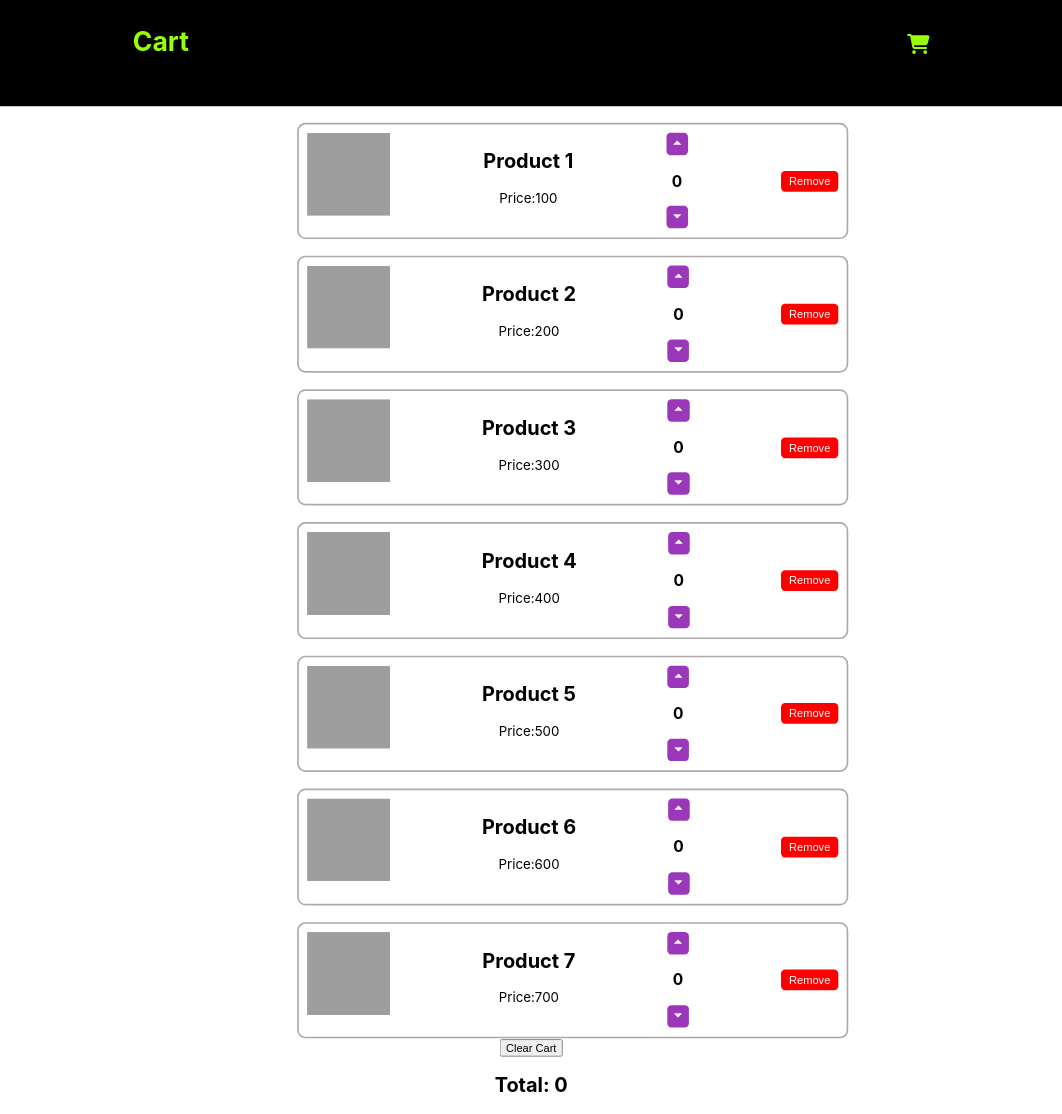
Repository: sriram1224/Cart-react-app
Page: /
An editor plug-in stored every save of this project. The page is shown before and after the next save, followed by the edit.
The browser window is 1280 px wide. The pictures show the whole page, at 83% of full size.
Pictures or frames that could not be fetched are drawn as grey boxes. The project was rebuilt for these pictures with package versions that can differ from the ones it lists, and the page was loaded fresh each time.

Above is the page before, as saved 2024-03-12 22:28:32.

### public/index.html
<!DOCTYPE html>
<html lang="en">

<head>
  <meta charset="utf-8" />
  <link rel="icon" href="%PUBLIC_URL%/favicon.ico" />
  <meta name="viewport" content="width=device-width, initial-scale=1" />
  <meta name="theme-color" content="#000000" />
  <meta name="description" content="Web site created using create-react-app">
  <link rel="stylesheet"
    href="https://fonts.googleapis.com/css2?family=Material+Symbols+Outlined:opsz,wght,FILL,GRAD@24,400,0,0" />


  <title>React App</title>
</head>

<body>
  <noscript>You need to enable JavaScript to run this app.</noscript>
  <div id="root"></div>

</body>

</html>

### src/App.js
import Nav from "./Components/Nav.js"
import './App.css';
import Cart from './Components/cart.js';
function App() {
  return (
    <div className="App">

      <Cart />
    </div>
  );
}

export default App;

### src/Components/Nav.js
import { FontAwesomeIcon } from '@fortawesome/react-fontawesome';
import { faShoppingCart } from '@fortawesome/free-solid-svg-icons';
import './Navbar.css';

function Navbar({ cartItems }) {
      console.log(cartItems);
    return (

      <div className="nav-container">
      <div className="cart">
          <div className="heading">
              <h1>
              Cart
              </h1>
          </div>
      <h1>
        <div className="cart-icon-container">
          <FontAwesomeIcon icon={faShoppingCart} className="cart-icon" />
          {cartItems > 0 && (
            <span className="cart-count">{cartItems}</span>
          )}
        </div>

      </h1>
    </div>
      </div>
  );
}

export default Navbar;

### src/Components/cart.js
import React, { useState, useEffect } from "react";
import { BiSolidUpArrow, BiSolidDownArrow } from "react-icons/bi";
import Nav from './Nav'
import './cart.css'

function Cart() {
    const [products, setProducts] = useState([
        { id: "1", name: "Product 1", price: 100, quantity: 0, image: "https://images.unsplash.com/photo-1564466809058-bf4114d55352?w=500&auto=format&fit=crop&q=60&ixlib=rb-4.0.3&ixid=M3wxMjA3fDB8MHxzZWFyY2h8MjN8fHByb2R1Y3R8ZW58MHx8MHx8fDA%3D" },
        { id: "2", name: "Product 2", price: 200, quantity: 0, image: "https://images.unsplash.com/photo-1560343090-f0409e92791a?w=500&auto=format&fit=crop&q=60&ixlib=rb-4.0.3&ixid=M3wxMjA3fDB8MHxzZWFyY2h8N3x8cHJvZHVjdHxlbnwwfHwwfHx8MA%3D%3D" },
        { id: "3", name: "Product 3", price: 300, quantity: 0, image: "https://images.unsplash.com/photo-1560343090-f0409e92791a?w=500&auto=format&fit=crop&q=60&ixlib=rb-4.0.3&ixid=M3wxMjA3fDB8MHxzZWFyY2h8N3x8cHJvZHVjdHxlbnwwfHwwfHx8MA%3D%3D" },
        { id: "4", name: "Product 4", price: 400, quantity: 0, image: "https://images.unsplash.com/photo-1542291026-7eec264c27ff?w=500&auto=format&fit=crop&q=60&ixlib=rb-4.0.3&ixid=M3wxMjA3fDB8MHxzZWFyY2h8MTF8fHByb2R1Y3R8ZW58MHx8MHx8fDA%3D" },
        { id: "5", name: "Product 5", price: 500, quantity: 0, image: "https://images.unsplash.com/photo-1553456558-aff63285bdd1?w=500&auto=format&fit=crop&q=60&ixlib=rb-4.0.3&ixid=M3wxMjA3fDB8MHxzZWFyY2h8MTJ8fHByb2R1Y3R8ZW58MHx8MHx8fDA%3D" },
        { id: "6", name: "Product 6", price: 600, quantity: 0, image: "https://images.unsplash.com/photo-1553456558-aff63285bdd1?w=500&auto=format&fit=crop&q=60&ixlib=rb-4.0.3&ixid=M3wxMjA3fDB8MHxzZWFyY2h8MTJ8fHByb2R1Y3R8ZW58MHx8MHx8fDA%3D" },
        { id: "7", name: "Product 7", price: 700, quantity: 0, image: "https://images.unsplash.com/photo-1583394838336-acd977736f90?w=500&auto=format&fit=crop&q=60&ixlib=rb-4.0.3&ixid=M3wxMjA3fDB8MHxzZWFyY2h8MTl8fHByb2R1Y3R8ZW58MHx8MHx8fDA%3D" }
    ]);

    const [total, setTotal] = useState(0);
    const [cartItems, setCartItems] = useState(0);

    useEffect(() => {
        let newCartItems = 0;
        products.forEach(product => {
            newCartItems += product.quantity;
        });
        setCartItems(newCartItems);
    }, [products]);

    const increaseQuantity = (index) => {
        const updatedProducts = [...products];
        updatedProducts[index].quantity++;
        setProducts(updatedProducts);
        updateTotal();
    };

    const decreaseQuantity = (index) => {
        const updatedProducts = [...products];
        if (updatedProducts[index].quantity > 0) {
            updatedProducts[index].quantity--;
            setProducts(updatedProducts);
            updateTotal();
        }
    };

    const updateTotal = () => {
        let newTotal = 0;
        products.forEach((product) => {
            newTotal += product.quantity * product.price;
        });
        setTotal(newTotal);
    };

    const clearCart = () => {
        setProducts([]);
        setTotal(0);
        setCartItems(0);
    };

    const removeFromCart = (index) => {
        const updatedProducts = [...products];
        updatedProducts.splice(index, 1);
        setProducts(updatedProducts);
        updateTotal();
    };

    return (
        <div>
            <Nav cartItems={cartItems} />
            <div className="">
                {products.map((product, index) => {
                    return (
                        <div className="product-container" key={index}>
                            <img src={product.image} alt={product.name} />
                            <div className="text">
                            <h2>{product.name}</h2>
                            <p>Price:{product.price}</p></div>
                            <div className="button-quantity">
                                <button onClick={() => increaseQuantity(index)}>
                                    <span class="material-symbols-outlined">
arrow_drop_up
</span>
                                </button>
                                <h3>{product.quantity}</h3>
                                <button onClick={() => decreaseQuantity(index)}>
                                    <span class="material-symbols-outlined">
arrow_drop_down
</span>
                                </button>
                            </div>
                            <div className="rm-button">
                            <button onClick={() => removeFromCart(index)}>Remove</button>
                        </div></div>
                    );
                })}
                <button onClick={clearCart}>Clear Cart</button>
                <h2>Total: {total}</h2>
            </div>
        </div>
    );
}

export default Cart;

### src/Components/Navbar.css
.cart-icon-container {
    position: relative;
    display: inline-block;
}

.cart-icon {
    font-size: 1.5rem;
    color: rgb(152, 255, 7);

}

.cart-count {
    position: absolute;
    top: -10px;

    right: -10px;
    /* Adjust the horizontal positioning */
    background-color: red;
    color: white;
    border-radius: 50%;
    padding: 2px 6px;
    font-size: 0.8rem;
    /* Adjust the font size as needed */
}

.cart{
    display: flex;
    justify-content: space-between;
    margin: 0 10rem;
    align-items: center;
    padding-top: 10px;

}

.heading{
text-align: center;
color: rgb(152, 255, 7);
}

.nav-container{
    width: 100%;
    height: 8rem;
    background-color:rgb(0, 0, 0)
}

### src/Components/cart.css
.product-container{
    display: flex;
    gap: 20px;
    justify-content: space-between;
    width: 50%;
    position: relative;
    left: 28%;
    text-align: center;
    margin-top: 20px;
    border: 2px solid rgb(174, 170, 170);
    padding: 10px;
    border-radius: 10px;
}

.product-container img{
    width: 100px;
    height: 100px;
}
.rm-button{
    display: flex;
    align-items: center;
}
.rm-button button{

    background-color: red;
    color: white;
    border: none;
    padding: 5px 10px;
    border-radius: 5px;
    cursor: pointer;
}
.button-quantity span{
    color:rgb(255, 255, 255);

}

.button-quantity button{
   background-color: rgb(155, 56, 185);
    border: none;
    padding: 0px 1px;
    border-radius: 5px;

    cursor: pointer;
}

.text{


    text-align: center;
    gap: 10px;
}
.text p{
    text-align: center;
}

Loaded but not shown: src/index.js (common file); src/index.css (common file); src/reportWebVitals.js (common file); src/App.css (common file)

After the next save:
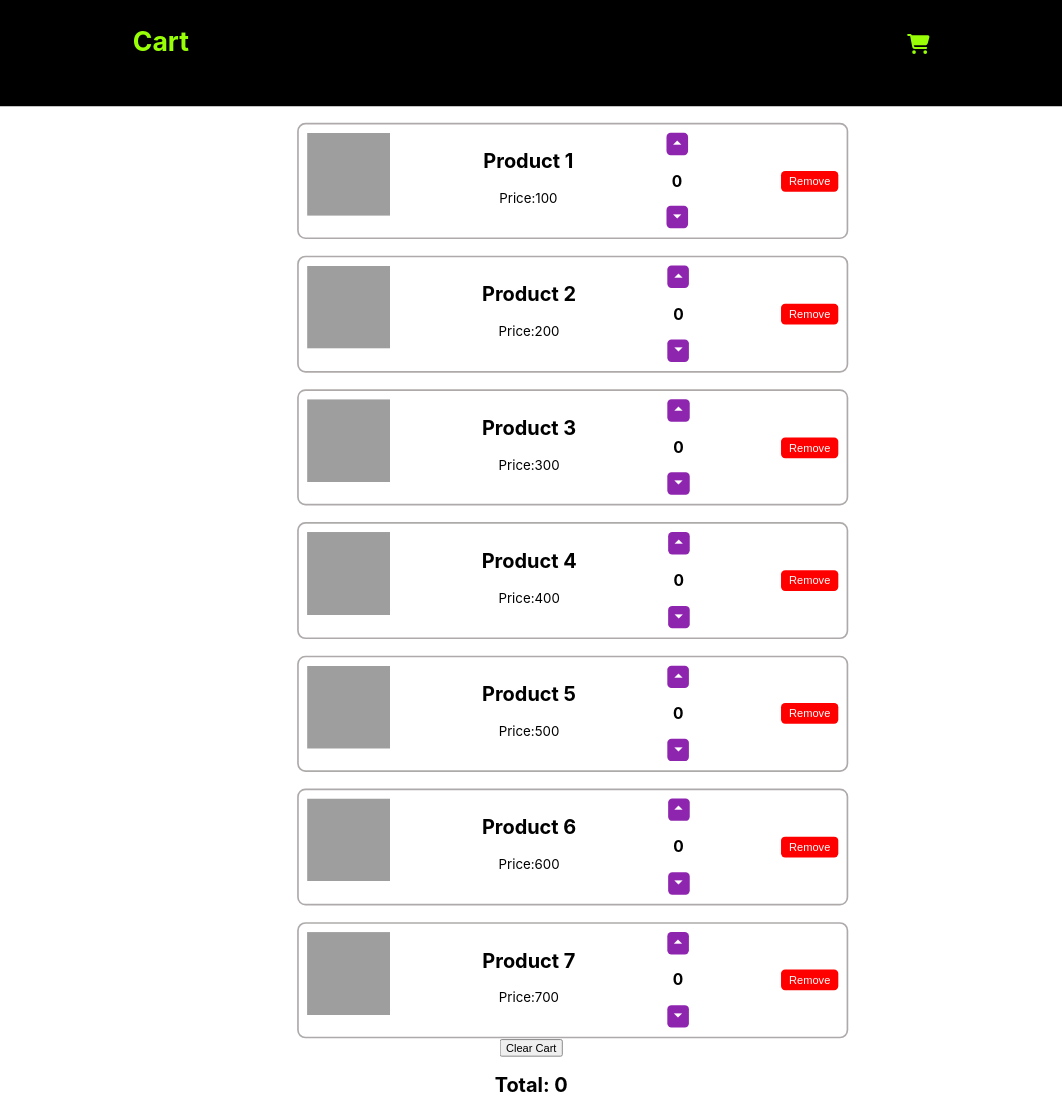
Saved 4 s later.
--- a/src/Components/cart.css
+++ b/src/Components/cart.css
@@ -35,7 +35,7 @@
 }
 
 .button-quantity button{
-   background-color: rgb(155, 56, 185);
+   background-color: rgb(142, 37, 174);
     border: none;
     padding: 0px 1px;
     border-radius: 5px;
